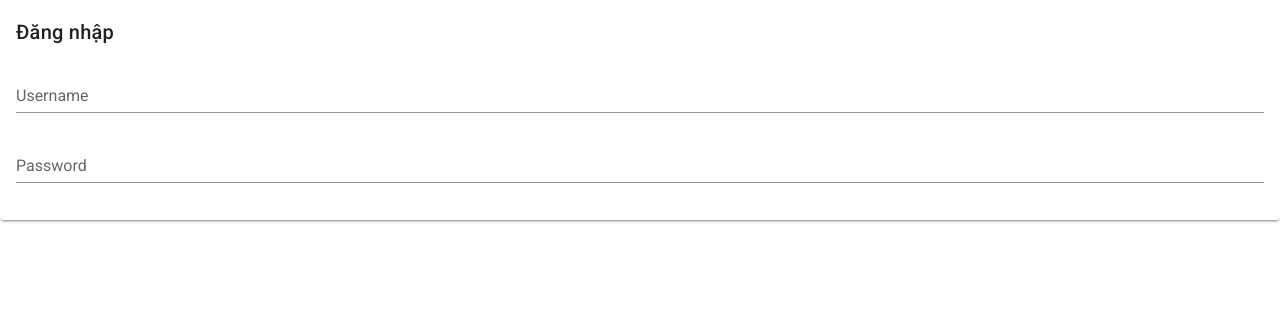
Repository: thaibinhblack/demo
Page: /
These files come from the project's save history. The page is drawn as it stood at one moment and after the next save; the edit follows.
The browser window is 1280 px wide. The pictures show the whole page.
The project was rebuilt for these pictures with package versions that can differ from the ones it lists, and the page was loaded fresh each time. Also part of the build but not shown: vue.config.js.

Above is the page before, as saved 2019-11-02 18:36:32.

### public/index.html
<!DOCTYPE html>
<html lang="en">
  <head>
    <meta charset="utf-8">
    <meta http-equiv="X-UA-Compatible" content="IE=edge">
    <meta name="viewport" content="width=device-width,initial-scale=1.0">
    <link rel="icon" href="<%= BASE_URL %>favicon.ico">
    <title>demo</title>
    <link rel="stylesheet" href="https://fonts.googleapis.com/css?family=Roboto:100,300,400,500,700,900">
    <link rel="stylesheet" href="https://cdn.jsdelivr.net/npm/@mdi/font@latest/css/materialdesignicons.min.css">
  </head>
  <body>
    <noscript>
      <strong>We're sorry but demo doesn't work properly without JavaScript enabled. Please enable it to continue.</strong>
    </noscript>
    <div id="app"></div>
    <!-- built files will be auto injected -->
  </body>
</html>

### src/main.js
import Vue from 'vue'
import App from './App.vue'
import vuetify from './plugins/vuetify';

Vue.config.productionTip = false
import router from './router'
new Vue({
  vuetify,
  router: router,
  render: h => h(App)
}).$mount('#app')

### src/App.vue
<template>
  <v-app>
      <router-view></router-view>
  </v-app>
</template>

<script>
export default {
  name: 'App',
  components: {
  },
  data: () => ({

  }),
};
</script>

### src/router/index.js
import Vue from 'vue'
import VueRouter from 'vue-router'
Vue.use(VueRouter)

const routes= [
    {
        path: '/',
        component: () => import('@/pages/index.vue')
    }
]

export default new VueRouter({
    routes: routes,
    mode: 'history'
})

### src/pages/index.vue
<template>
<div id="page-login">
    <v-card>
        <v-card-title primary-title>
            <span>Đăng nhập</span>
        </v-card-title>
        <v-card-text>
            <v-form>
                <v-text-field
                    name="USERNAME"
                    label="Username"
                    placeholder="Nhập username"
                    v-model="user.username"
                    required
                ></v-text-field>
                <v-text-field
                    name="PASSWORD"
                    label="Password"
                    required
                    v-model="user.password"
                ></v-text-field>
            </v-form>
        </v-card-text>
    </v-card>
</div>
</template>

<script>
export default {
    data()
    {
        return {
            user: {}
        }
    }
}
</script>

Loaded but not shown: src/plugins/vuetify.js (common file)

After the next save:
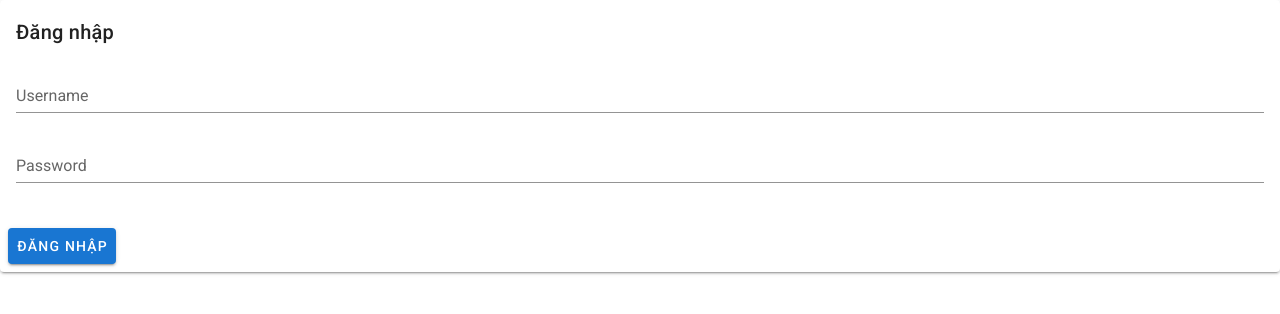
Saved 30 s later.
--- a/src/pages/index.vue
+++ b/src/pages/index.vue
@@ -21,6 +21,9 @@
                 ></v-text-field>
             </v-form>
         </v-card-text>
+        <v-card-actions>
+            <v-btn  color="primary" >Đăng nhập</v-btn>
+        </v-card-actions>
     </v-card>
 </div>
 </template>
